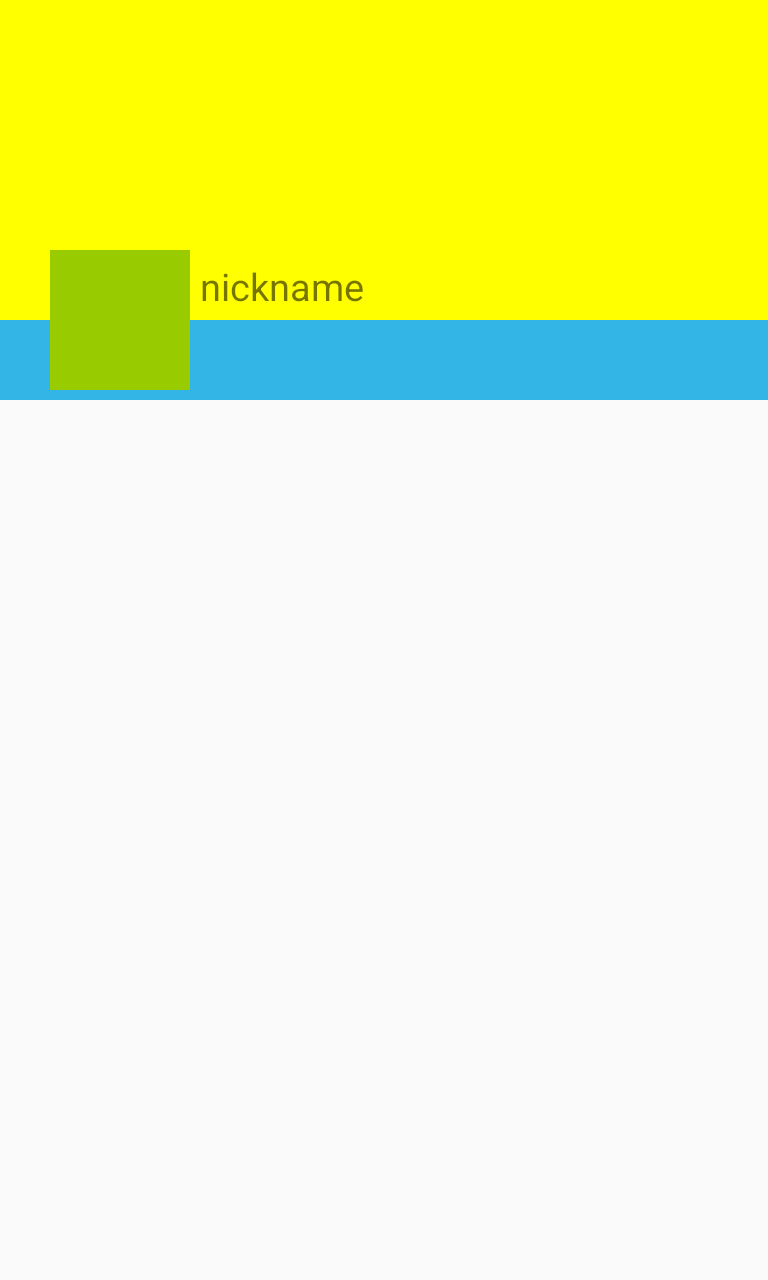
Repository: DAHYEON-PARK/SKP-GROUP
Layout: recipe/res/layout/fragment_category.xml
The author's editor kept a copy of each file at every save. The layout is drawn from the files as they stood at one save, then again after the next save.
It is drawn on a 768 x 1280 px phone screen (xhdpi) without system bars, with theme AppTheme; the app's code is not run.

Above is the layout before, as saved 2015-02-19 10:46:36.

After the next save:
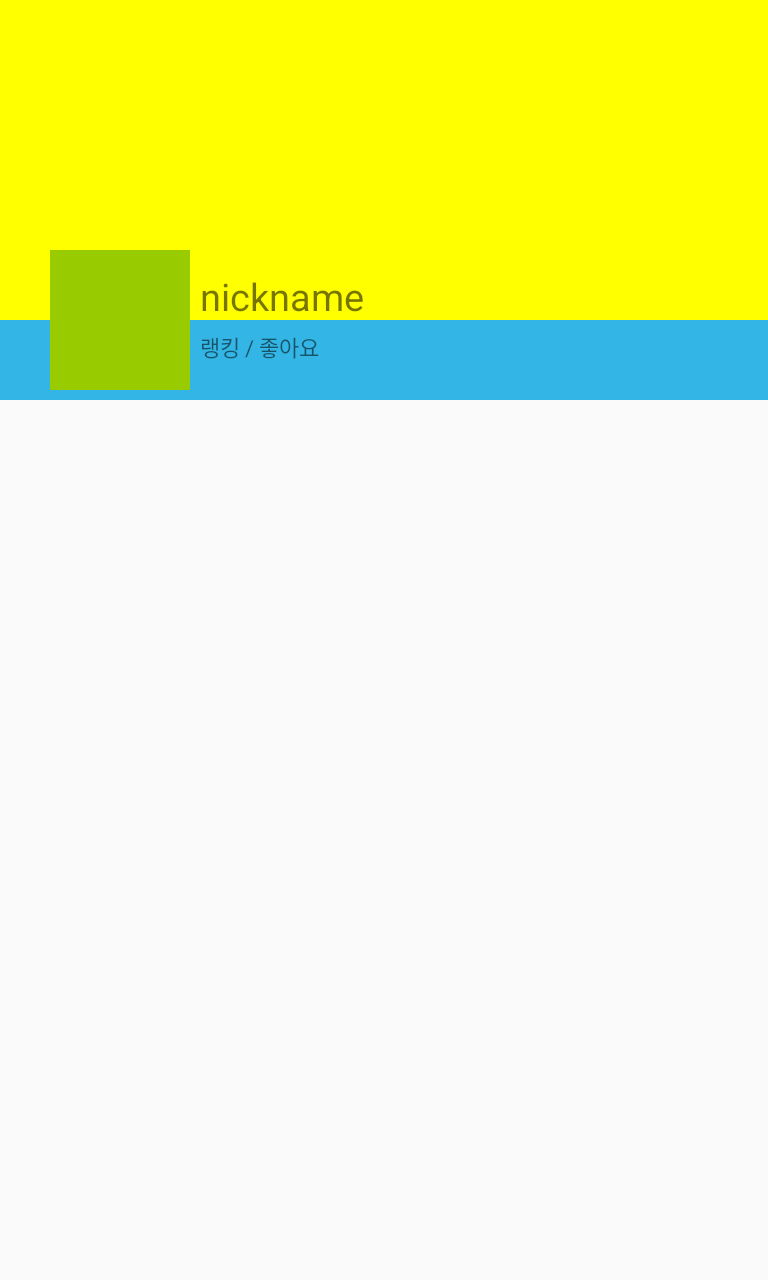
Saved 93 s later.
--- a/recipe/res/layout/fragment_category.xml
+++ b/recipe/res/layout/fragment_category.xml
@@ -25,9 +25,17 @@
             android:layout_width="wrap_content"
             android:layout_height="wrap_content"
             android:text="nickname"
-            android:layout_marginTop="130dp"
+            android:layout_marginTop="135dp"
             android:layout_marginLeft="100dp"
             android:textSize="@dimen/sp18"/>
+
+        <TextView
+            android:layout_width="wrap_content"
+            android:layout_height="wrap_content"
+            android:text="랭킹 / 좋아요"
+            android:layout_marginTop="165dp"
+            android:layout_marginLeft="100dp"
+            android:textSize="@dimen/sp10"/>
 
     </FrameLayout>
 
